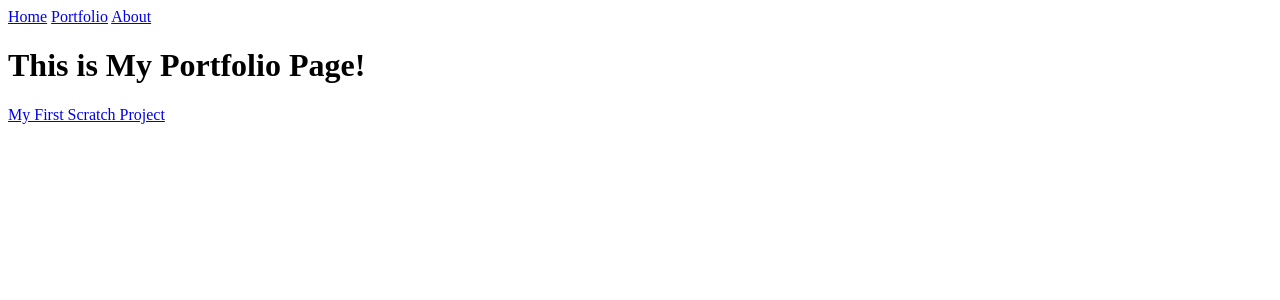
Repository: Fry-Rice/Fry-Rice.github.io
Page: my_website/portfolio.html
The author's editor kept a record of every edit. The page is drawn from the files as they stood at one moment, then again after the next edit.
The browser window is 1280 px wide. The pictures show the whole page.

Above is the page before.

After the next edit:
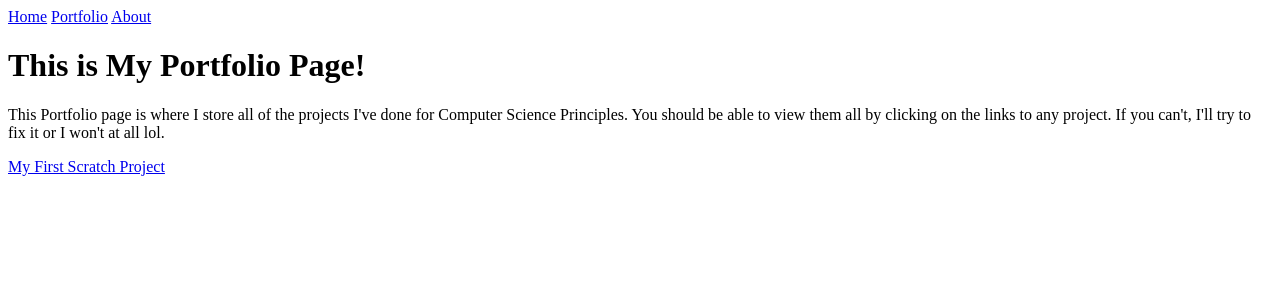
The edit:
--- a/my_website/portfolio.html
+++ b/my_website/portfolio.html
@@ -9,7 +9,7 @@
     <a href="portfolio.html">Portfolio</a>
     <a href="about.html">About</a>
     <h1>This is My Portfolio Page!</h1>
+    <p>This Portfolio page is where I store all of the projects I've done for Computer Science Principles. You should be able to view them all by clicking on the links to any project. If you can't, I'll try to fix it or I won't at all lol.</p>
       <p><a href="https://scratch.mit.edu/projects/326764305">My First Scratch Project</a></p>
-    </a>
 	  </body>
 	</html>
